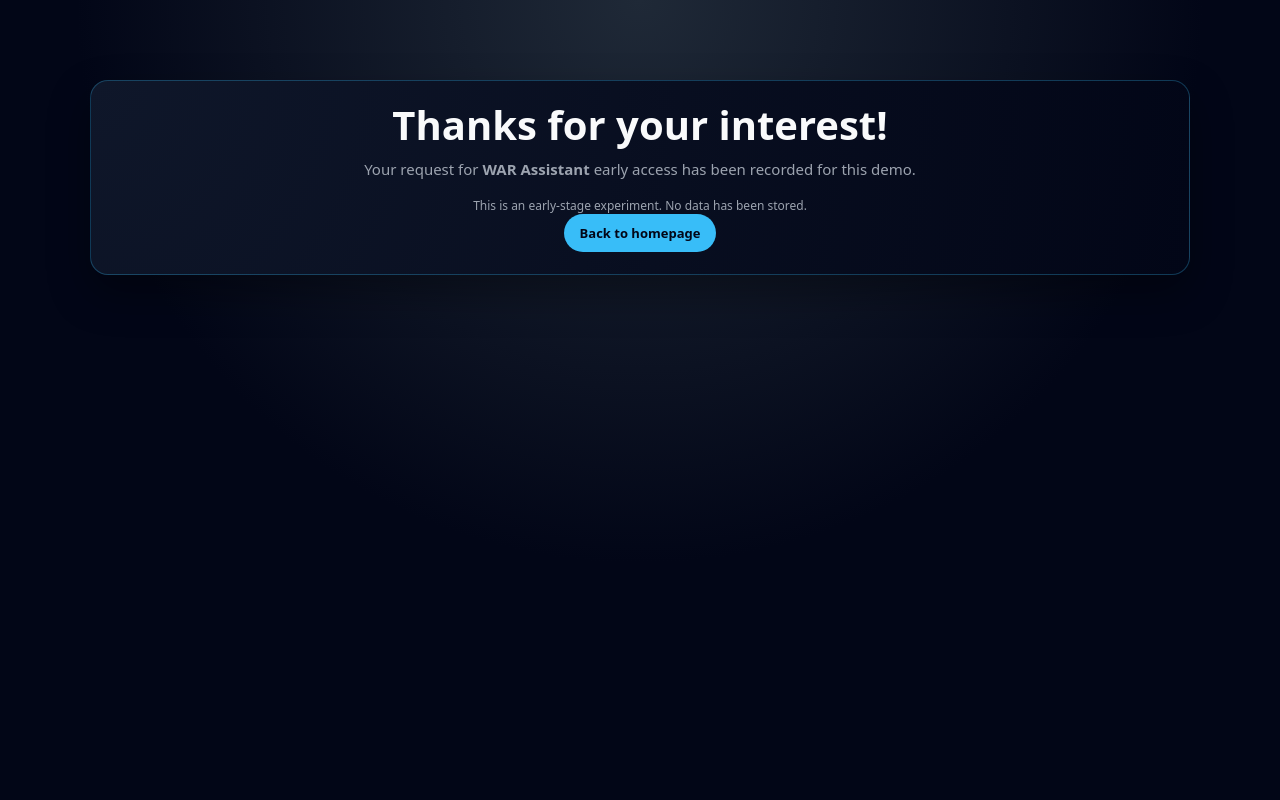
Repository: ggonzalezdal/war-assistant-landing-page
Page: thanks.html
The author's editor kept a copy of each file at every save. The page is drawn from the files as they stood at one save, then again after the next save.
The browser window is 1280 px wide. The pictures show the whole page.

Above is the page before, as saved 2025-12-21 21:26:19.

### thanks.html
<!DOCTYPE html>
<html lang="en-US">
  <head>
    <meta charset="utf-8" />
    <meta name="viewport" content="width=device-width, initial-scale=1.0" />

    <title>Thanks — WAR Assistant</title>

    <meta
      name="description"
      content="Thanks for joining the WAR Assistant early access list."
    />

    <link rel="stylesheet" href="css/styles.css" />
  </head>

  <body>
    <main class="main">
      <section
        class="section section-cta"
        style="margin-top: 80px; text-align: center"
      >
        <h1>Thanks for your interest!</h1>

        <p class="subhead">
          Your request for <strong>WAR Assistant</strong> early access has been
          recorded for this demo.
        </p>

        <p class="micro">
          This is an early-stage experiment. No data has been stored.
        </p>

        <a class="btn btn-primary" href="index.html"> Back to homepage </a>
      </section>
    </main>
  </body>
</html>

### css/styles.css
:root {
  --bg: #0b1017;
  --panel: #111827;
  --text: #f9fafb;
  --muted: #9ca3af;
  --border: rgba(148, 163, 184, 0.22);
  --accent: #38bdf8;
  --accent-soft: rgba(56, 189, 248, 0.14);
  --radius: 18px;
  --shadow: 0 18px 40px rgba(0, 0, 0, 0.35);
  --font: system-ui, -apple-system, Segoe UI, Roboto, sans-serif;
  --font-brand: "Exo 2", system-ui, sans-serif;
  --font-brand2: "Rajdhani", system-ui, sans-serif;

  --footer-h: 75px;
}

*,
*::before,
*::after {
  box-sizing: border-box;
}

body {
  margin: 0;
  min-height: 100vh;
  font-family: var(--font);
  color: var(--text);
  background: radial-gradient(circle at top, #1f2937, #020617 55%);
}

/* Layout */

.header,
.main,
.footer {
  width: min(1100px, calc(100% - 40px));
  margin: 0 auto;

  padding-bottom: calc(var(--footer-h) + 24px);
}

.header {
  display: flex;
  align-items: center;
  justify-content: space-between;
  padding: 18px 0;
}

.app-logo {
  display: flex;
  align-items: center;
  gap: 8px;
  font-size: 1.4rem;
  font-weight: 600;
}

.logo-icon {
  width: 100px; /* adjust size */
  height: 100px;
}

/* Container for logo text */
.logo-text {
  display: flex;
  flex-direction: column;
  line-height: 1.1;
}

/* Main brand name */
.logo-name {
  font-family: var(--font-brand);
  font-size: 1.35rem;
  font-weight: 600;
  letter-spacing: 0.4px;
  color: #fff;
}

/* Subtitle below */
.logo-subtitle {
  font-size: 0.75rem;
  font-weight: 400;
  font-family: var(--font-brand);
  color: var(--text-muted);
  margin-top: 2px;
}

.header-link {
  font-family: var(--font-brand2);

  text-decoration: none;
  color: var(--text);
  font-size: 13px;
  padding: 10px 14px;
  border: 1px solid var(--border);
  border-radius: 999px;
  transition: 0.15s ease;
}

.header-link:hover {
  background: rgba(15, 23, 42, 0.65);
}

/* Hero */

.hero {
  display: grid;
  grid-template-columns: minmax(0, 1.1fr) minmax(0, 0.9fr);
  gap: 22px;
  align-items: start;
  padding: 22px 0 14px;
}

h1 {
  margin: 0 0 10px;
  font-size: clamp(28px, 3.3vw, 40px);
  line-height: 1.1;
}

.subhead {
  margin: 0 0 16px;
  color: var(--muted);
  font-size: 15px;
  line-height: 1.6;
}

.bullets {
  margin: 0 0 18px;
  padding-left: 18px;
  color: var(--text);
}

.bullets li {
  margin: 10px 0;
  line-height: 1.5;
}

.cta-row {
  display: flex;
  gap: 10px;
  flex-wrap: wrap;
  margin-bottom: 10px;
}

.micro {
  font-size: 12px;
  color: var(--muted);
  margin: 10px 0 0;
}

/* Buttons */

.btn {
  border: none;
  border-radius: 999px;
  font-size: 13px;
  padding: 10px 16px;
  cursor: pointer;
  text-decoration: none;
  display: inline-flex;
  align-items: center;
  justify-content: center;
  transition: 0.15s ease;
}

.btn-primary {
  background: var(--accent);
  color: #020617;
  font-weight: 700;
}

.btn-primary:hover {
  filter: brightness(1.05);
  transform: translateY(-0.5px);
}

.btn-ghost {
  background: transparent;
  color: var(--muted);
  border: 1px solid rgba(148, 163, 184, 0.6);
}

.btn-ghost:hover {
  background: rgba(15, 23, 42, 0.65);
  color: var(--text);
}

/* Media */

.media-card {
  background: var(--panel);
  border: 1px solid var(--border);
  border-radius: var(--radius);
  box-shadow: var(--shadow);
  overflow: hidden;
}

.media-card img {
  width: 100%;
  height: auto;
  display: block;
}

.media-caption {
  padding: 10px 12px;
  font-size: 12px;
  color: var(--muted);
  border-top: 1px solid rgba(148, 163, 184, 0.12);
}

/* Image lightbox (screenshot zoom) */

.zoomable {
  cursor: zoom-in;
}

.zoomable:hover {
  filter: brightness(1.05);
}

.lightbox {
  position: fixed;
  inset: 0;
  background: rgba(2, 6, 23, 0.92);
  display: flex;
  align-items: center;
  justify-content: center;
  z-index: 9999;
  padding: 24px;
}

.lightbox.hidden {
  display: none;
}

.lightbox img {
  max-width: 100%;
  max-height: 100%;
  border-radius: 14px;
  box-shadow: 0 30px 80px rgba(0, 0, 0, 0.8);
  cursor: zoom-out;
}

/* Sections */

.section {
  padding: 26px 0;
}

.section h2 {
  margin: 0 0 10px;
  font-size: 20px;
  font-family: var(--font-brand2);
  letter-spacing: 0.3px;
}

.steps {
  display: grid;
  grid-template-columns: repeat(3, minmax(0, 1fr));
  gap: 14px;
}

.step {
  background: var(--panel);
  border: 1px solid var(--border);
  border-radius: var(--radius);
  box-shadow: var(--shadow);
  padding: 14px 14px 16px;
  display: flex;
  gap: 12px;
}

.step-number {
  width: 32px;
  height: 32px;
  border-radius: 10px;
  display: grid;
  place-items: center;
  background: #020617;
  border: 1px solid rgba(148, 163, 184, 0.28);
  color: var(--accent);
  font-weight: 700;
  flex: 0 0 auto;
}

.step-body h3 {
  margin: 0 0 6px;
  font-size: 14px;
}

.step-body p {
  margin: 0;
  font-size: 13px;
  color: var(--muted);
  line-height: 1.5;
}

/* Form */

.section-cta {
  margin-top: 10px;
  background: radial-gradient(circle at top left, #0f172a, #020617);
  border-radius: var(--radius);
  padding: 22px;
  border: 1px solid rgba(56, 189, 248, 0.28);
  box-shadow: var(--shadow);
}

.form {
  margin-top: 10px;
}

.label {
  display: block;
  font-size: 12px;
  color: var(--muted);
  margin-bottom: 6px;
}

.form-row {
  display: flex;
  gap: 10px;
  flex-wrap: wrap;
}

input[type="email"] {
  flex: 1 1 260px;
  border-radius: 999px;
  border: 1px solid rgba(148, 163, 184, 0.38);
  background: #020617;
  color: var(--text);
  padding: 10px 12px;
  font-size: 13px;
  outline: none;
}

input[type="email"]:focus {
  border-color: rgba(56, 189, 248, 0.65);
  box-shadow: 0 0 0 4px rgba(56, 189, 248, 0.12);
}
/*
.form-feedback {
  margin: 10px 0 0;
  font-size: 13px;
  color: var(--text);
}
*/
.form-feedback {
  opacity: 0;
  transition: opacity 0.25s ease;
}

.form-feedback:not(:empty) {
  opacity: 1;
}

#early-access {
  scroll-margin-bottom: calc(var(--footer-h) + 16px);
}

/* Footer */

.app-footer {
  position: fixed;
  bottom: 0;
  left: 0;
  right: 0;
  height: var(--footer-h);
  padding: 8px 16px;

  background: linear-gradient(
    180deg,
    rgba(13, 26, 38, 0.9) 0%,
    rgba(10, 18, 28, 0.97) 50%,
    rgba(7, 14, 25, 1) 100%
  );

  border-top: 1px solid rgba(77, 214, 185, 0.25);

  display: flex;
  flex-direction: column;
  justify-content: center;
  align-items: center;

  text-align: center;
  z-index: 999;
}

.footer-top {
  font-size: 0.9rem;
  color: #d1d5db;
  font-weight: 600;
  margin-bottom: 4px;
}

.footer-brand {
  font-family: var(--font-brand);
  font-size: 1.1rem;
  color: #4dd6b9;
}

.footer-dot {
  margin: 0 6px;
  color: #6b7280;
}

.footer-venue {
  font-family: var(--font-brand2);
  font-size: 0.9rem;
  color: #e5e7eb;
}

.footer-social {
  display: flex;
  gap: 14px;
  margin-bottom: 4px;
}

.footer-social img {
  width: 18px;
  height: 18px;
  opacity: 0.75;
  transition: opacity 0.2s ease;
}

.footer-social img:hover {
  opacity: 1;
}

.footer-bottom {
  font-size: 0.7rem;
  color: #9ca3af;
  opacity: 0.75;
}

.footer-social img {
  width: 18px;
  height: 18px;
  opacity: 0.8;
  transition: 0.25s ease;
  filter: drop-shadow(0 0 0px #4dd6b9);
}

.footer-social img:hover {
  opacity: 1;
  filter: drop-shadow(0 0 6px #4dd6b9);
}

.footer-link {
  color: #9ca3af;
  text-decoration: none;
}

.footer-link:hover {
  color: #e5e7eb;
  text-decoration: underline;
}

/* Responsive */

@media (max-width: 900px) {
  .hero {
    grid-template-columns: 1fr;
  }

  .steps {
    grid-template-columns: 1fr;
  }
}

@media (max-width: 700px) {
  .app-footer {
    position: static;
    height: auto;
  }

  .main {
    padding-bottom: 24px;
  }
}

After the next save:
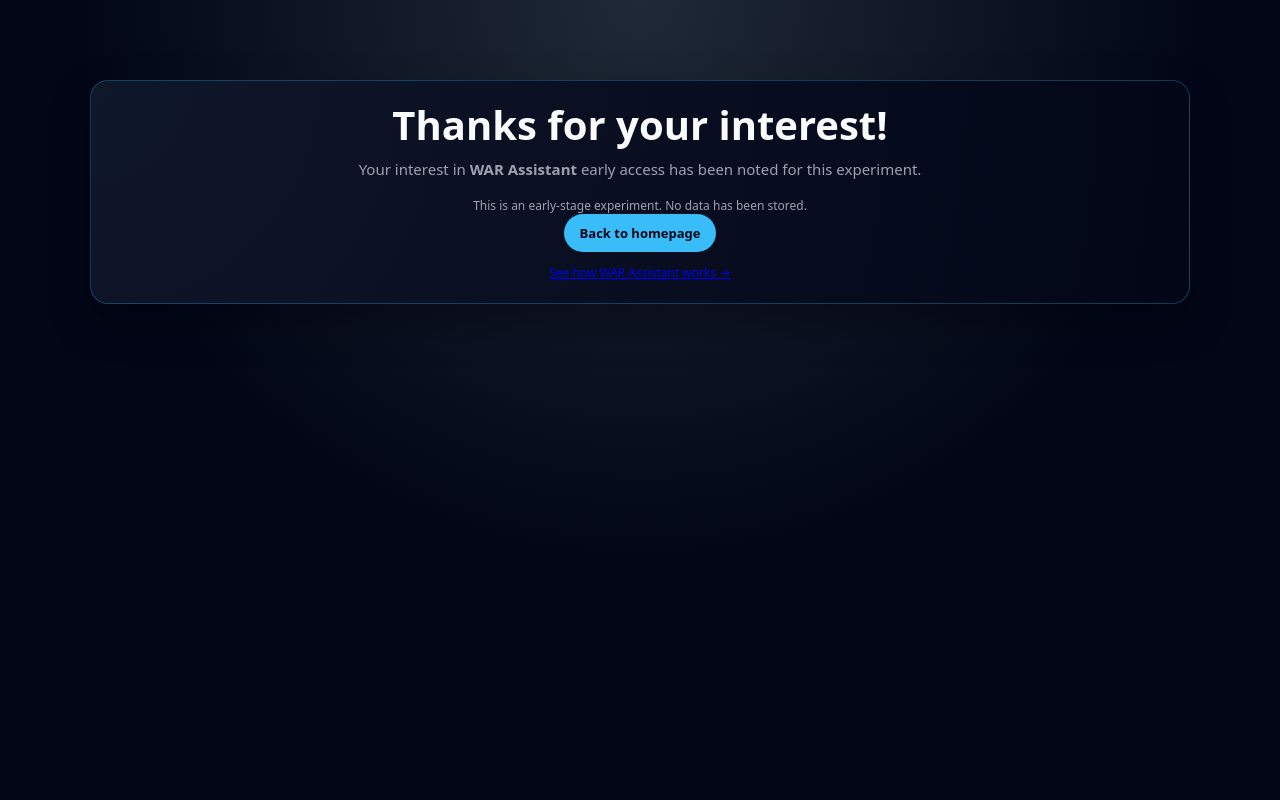
Saved 3 min 21 s later.
--- a/thanks.html
+++ b/thanks.html
@@ -23,8 +23,8 @@
         <h1>Thanks for your interest!</h1>
 
         <p class="subhead">
-          Your request for <strong>WAR Assistant</strong> early access has been
-          recorded for this demo.
+          Your interest in <strong>WAR Assistant</strong> early access has been
+          noted for this experiment.
         </p>
 
         <p class="micro">
@@ -32,6 +32,17 @@
         </p>
 
         <a class="btn btn-primary" href="index.html"> Back to homepage </a>
+
+        <p class="micro" style="margin-top: 12px">
+          <a
+            href="https://ggonzalezdal.github.io/war-assistant/"
+            target="_blank"
+            rel="noopener noreferrer"
+            class="external-link"
+          >
+            See how WAR Assistant works →
+          </a>
+        </p>
       </section>
     </main>
   </body>
